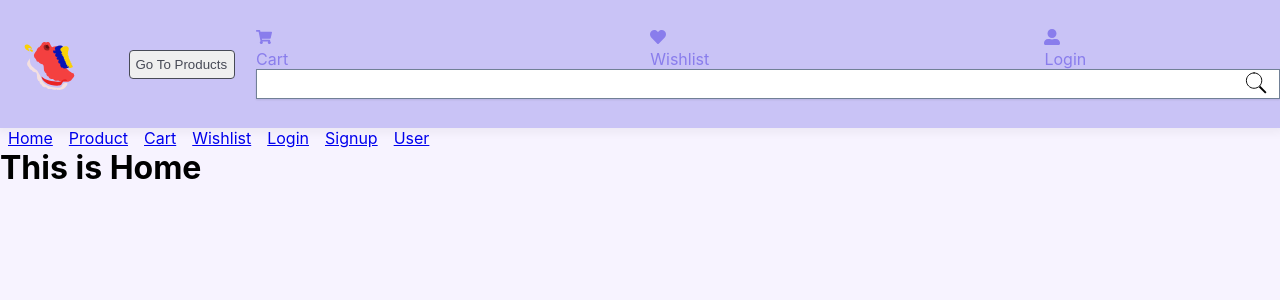
Repository: Irfan-vit/shoecase
Page: /
The author's editor kept a copy of each file at every save. The page is drawn from the files as they stood at one save, then again after the next save.
The browser window is 1280 px wide. The pictures show the whole page.
The page's requests for data from a server got no answer. The project was rebuilt for these pictures with package versions that can differ from the ones it lists, and the page was loaded fresh each time. No one was signed in, and anything a server would have sent is missing. Also part of the build but not shown: src/pages/Product/ProductPage.jsx, src/pages/cart/CartPage.jsx, src/pages/wishlist/WishlistPage.jsx, src/pages/login/LoginPage.jsx, src/pages/signup/SignupPage.jsx, src/pages/user/StyledUser.jsx, src/components/forms/addAddress/AddAddress.jsx, src/components/forms/editAddress/EditAddress.jsx and 4 more.

Above is the page before, as saved 2023-05-22 04:45:32.

After the next save:
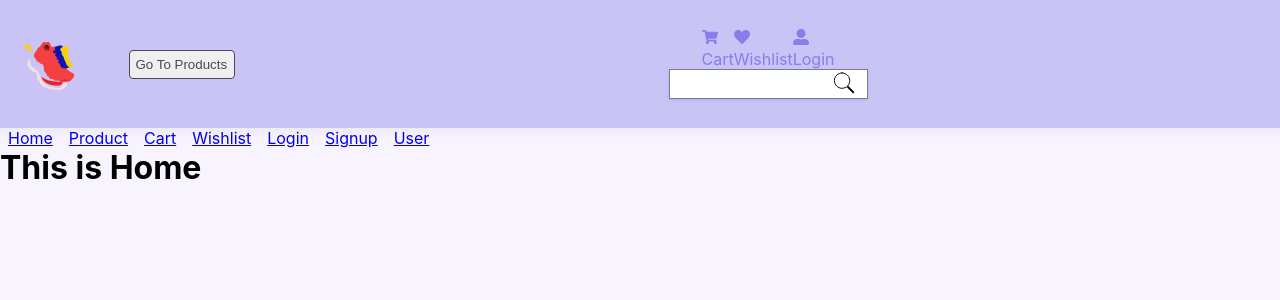
Saved 7 s later.
--- a/src/styles/NavBarStyles.jsx
+++ b/src/styles/NavBarStyles.jsx
@@ -28,7 +28,7 @@
     display: flex;
     flex-flow: column wrap;
     justify-content: space-between;
-    align-items: ;
+    align-items: center;
     flex-basis: 80%;
     > :nth-child(1) {
       order: 2;

After the 5 saves that followed:
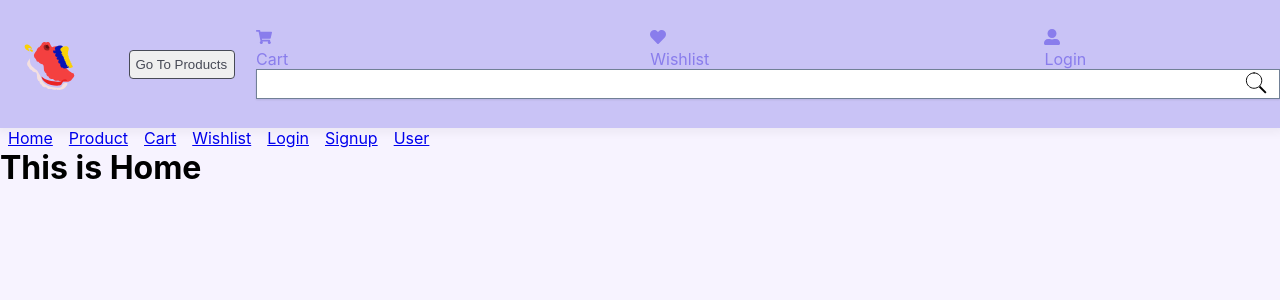
The 5 saves are shown as one change because they came seconds apart.
The last was saved 14 s later.
--- a/src/styles/NavBarStyles.jsx
+++ b/src/styles/NavBarStyles.jsx
@@ -28,7 +28,8 @@
     display: flex;
     flex-flow: column wrap;
     justify-content: space-between;
-    align-items: center;
+    /* align-items: center; */
+    align-content: ;
     flex-basis: 80%;
     > :nth-child(1) {
       order: 2;
